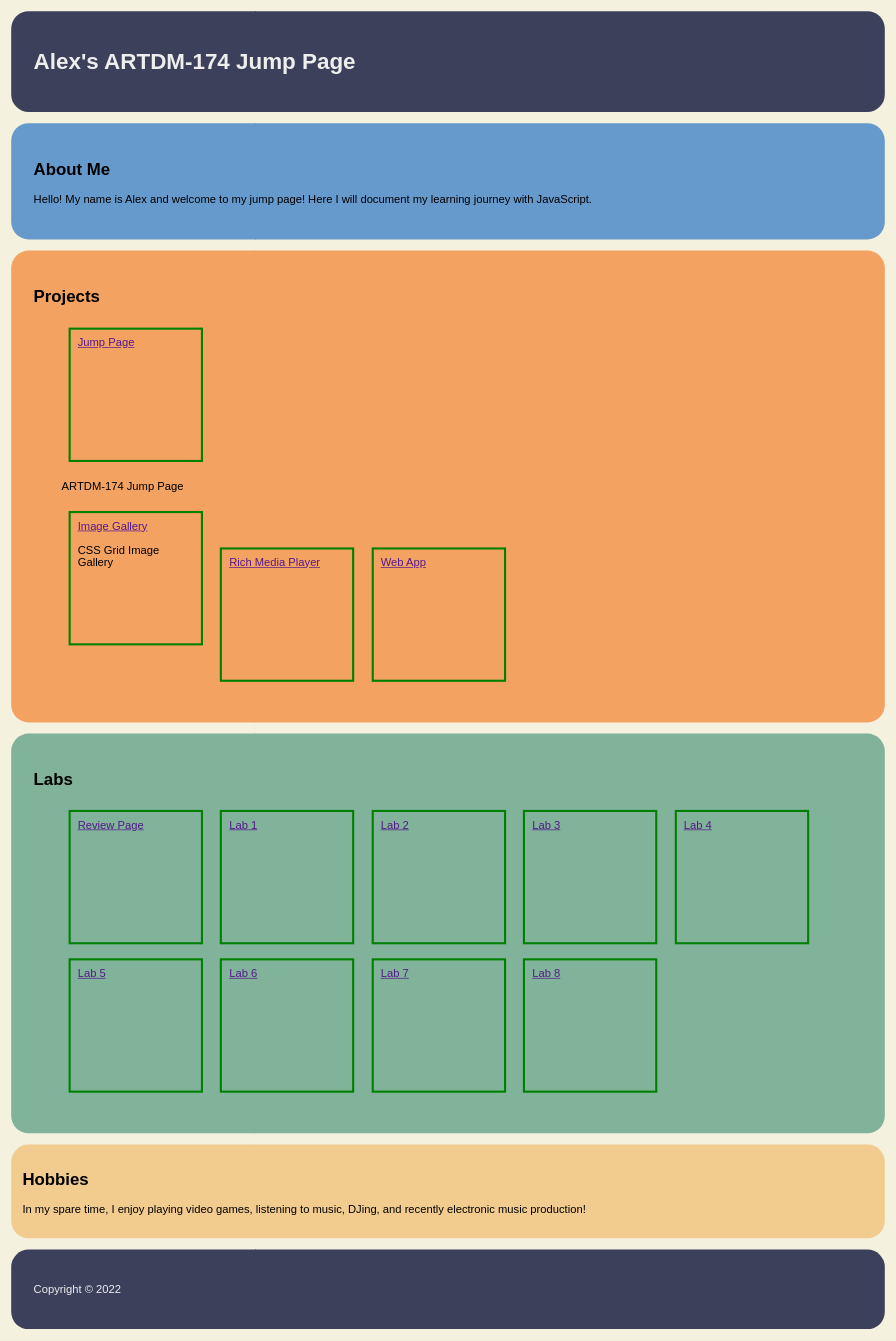
Repository: alexmaddux99/ARTDM-174
Page: Jump Page/index.html
The author's editor kept a copy of each file at every save. The page is drawn from the files as they stood at one save, then again after the next save.
The browser window is 1280 px wide. The pictures show the whole page, at 70% of full size.
Some web fonts or font styles are not loaded; a fallback is used.

Above is the page before, as saved 2022-02-10 13:34:46.

### Jump Page/index.html
<!DOCTYPE html>
<html lang="en">
<head>
    <meta charset="UTF-8">
    <meta http-equiv="X-UA-Compatible" content="IE=edge">
    <meta name="viewport" content="width=device-width, initial-scale=1.0">
    <link rel="stylesheet" href="css/main.css">
    <link rel="preconnect" href="https://fonts.gstatic.com" crossorigin>
<link href="https://fonts.googleapis.com/css2?family=Roboto&display=swap" rel="stylesheet">
<link rel="preconnect" href="https://fonts.googleapis.com">
<link rel="preconnect" href="https://fonts.gstatic.com" crossorigin>
<link href="https://fonts.googleapis.com/css2?family=Zen+Old+Mincho:wght@900&display=swap" rel="stylesheet">
    <title>ARTDM-174 Jump Page</title>
</head>
<body>
    <header>
        <h1>Alex's ARTDM-174 Jump Page</h1>
    </header>

    <main>
        <section class="intro">
            <h2>About Me</h2>
            <p>Hello! My name is Alex and welcome to my jump page! Here I will document my learning journey with JavaScript.</p>
        </section>

        <section class="projects">
            <h2>Projects</h2>
            <ul>
                <li><a href="">Jump Page</a></li>
                <p>ARTDM-174 Jump Page</p>
                <li><a href="">Image Gallery</a>
                <p>CSS Grid Image Gallery</p></li>
                <li><a href="">Rich Media Player</a></li>
                <li><a href="">Web App</a></li>
            </ul>
        </section>

        <section class="labs">
            <h2>Labs</h2>
           <ul>
               <li><a href="">Review Page</a></li>
               <li><a href="">Lab 1</a></li>
               <li><a href="">Lab 2</a></li>
               <li><a href="">Lab 3</a></li>
               <li><a href="">Lab 4</a></li>
               <li><a href="">Lab 5</a></li>
               <li><a href="">Lab 6</a></li>
               <li><a href="">Lab 7</a></li>
               <li><a href="">Lab 8</a></li>
           </ul>
        </section>



    </main>
    <aside>
        <h2>Hobbies</h2>
        <p>In my spare time, I enjoy playing video games, listening to music, DJing, and recently electronic music production!</p>
    </aside>

    <footer>
        <p>
            Copyright &copy; 2022
        </p>
    </footer>

</body>
</html>

### Jump Page/css/main.css
@keyframes fadeInAnimation {
	0% {
		opacity: 0;
	}
	100% {
		opacity: 1;

	}

}

@keyframes test{
	0%{

	}

	100%
	{

	padding: .5rem 1rem;
	transition: all 1s ease;
	}
}

* {
    box-sizing: border-box;
  }

  body {
    animation: fadeInAnimation ease 1s;
    animation-iteration-count: 1;
    animation-fill-mode: forwards;
    margin:0;
    padding: 0;
    background-color: #f4f1de;
    font-family: 'Raleway', sans-serif;
  }

  header, footer {
    background: #3d405b;
    color: #eee;
    padding: 2rem;
    margin: 1rem;
    border-radius: 25px;
  }



  .intro {

      background:#6699CC;
    padding: 2rem;
    margin: 1rem;
    border-radius: 25px;
  }

  aside {
    background-color: #f2cc8f;
    padding: 1rem;
    margin: 1rem;
    border-radius: 25px;
  }

  .projects {
    background-color: #f4a261;
    padding: 2rem;
    margin: 1rem;
    border-radius: 25px;
  }

  .labs {
    background-color: #81b29a;
    padding: 2rem;
    margin: 1rem;
    border-radius: 25px;
  }

  .projects li, .labs li {
    border: 3px solid green;
    margin: 10px;
    padding: 10px;
    width: 12rem;
    height:12rem;
    display: inline-block;
  }

   ol {
    list-style: none;
     padding: 0;
  }

  li{
    transition:  .5s ease-in;
  }

  li:hover{
    transition:  .5s ease-out;
	background-color: red;
	padding: .5rem 1rem;
  }

After the next save:
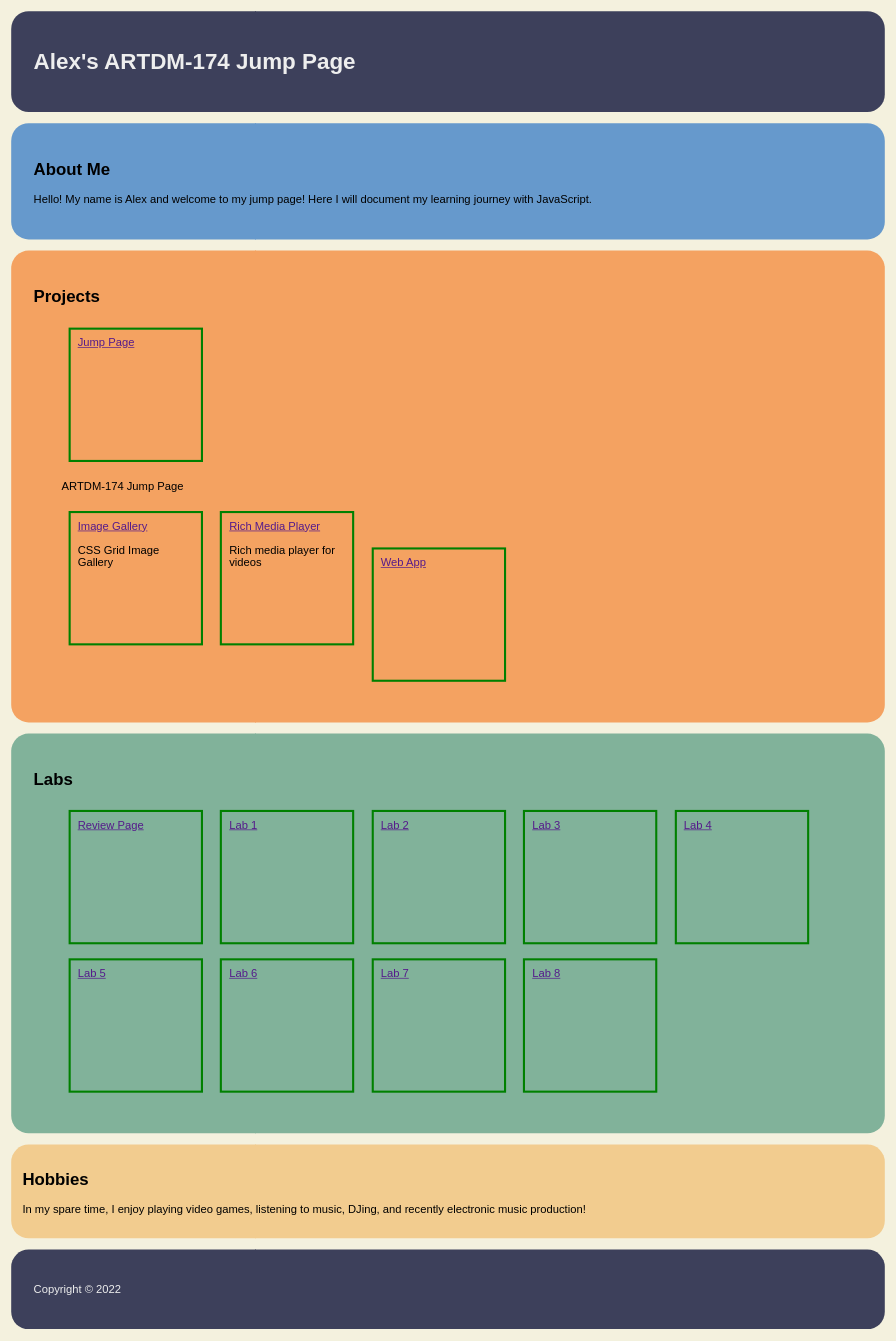
Saved 14 s later.
--- a/Jump Page/index.html
+++ b/Jump Page/index.html
@@ -30,7 +30,8 @@
                 <p>ARTDM-174 Jump Page</p>
                 <li><a href="">Image Gallery</a>
                 <p>CSS Grid Image Gallery</p></li>
-                <li><a href="">Rich Media Player</a></li>
+                <li><a href="">Rich Media Player</a>
+                <p>Rich media player for videos</p></li>
                 <li><a href="">Web App</a></li>
             </ul>
         </section>
